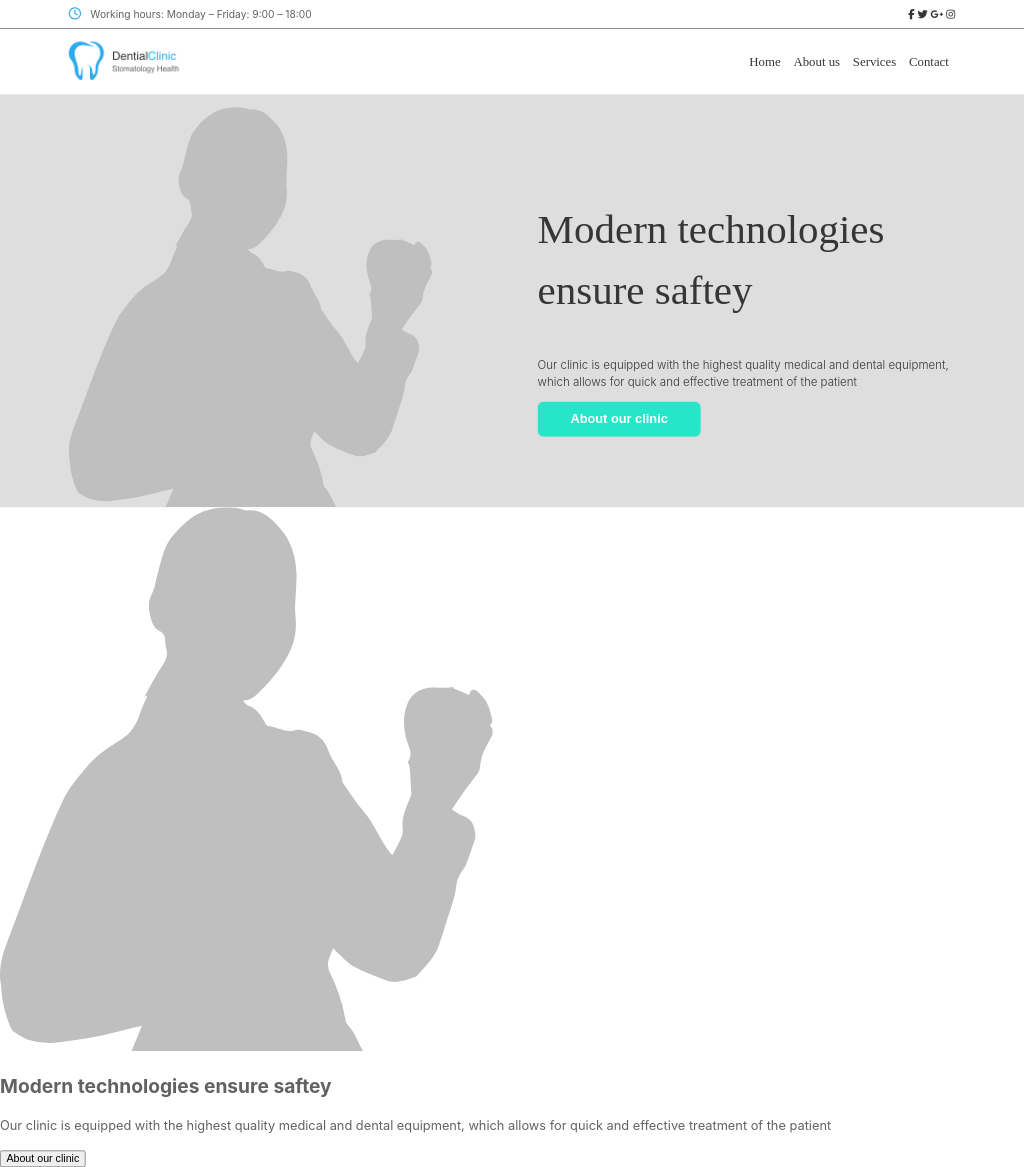
Repository: skepp4rn/uppgift1
Page: index.html
The author's editor kept a copy of each file at every save. The page is drawn from the files as they stood at one save, then again after the next save.
The browser window is 1280 px wide. The pictures show the whole page, at 80% of full size.
Some web libraries are served in a nearby version.

Above is the page before, as saved 2020-11-20 16:55:59.

After the next save:
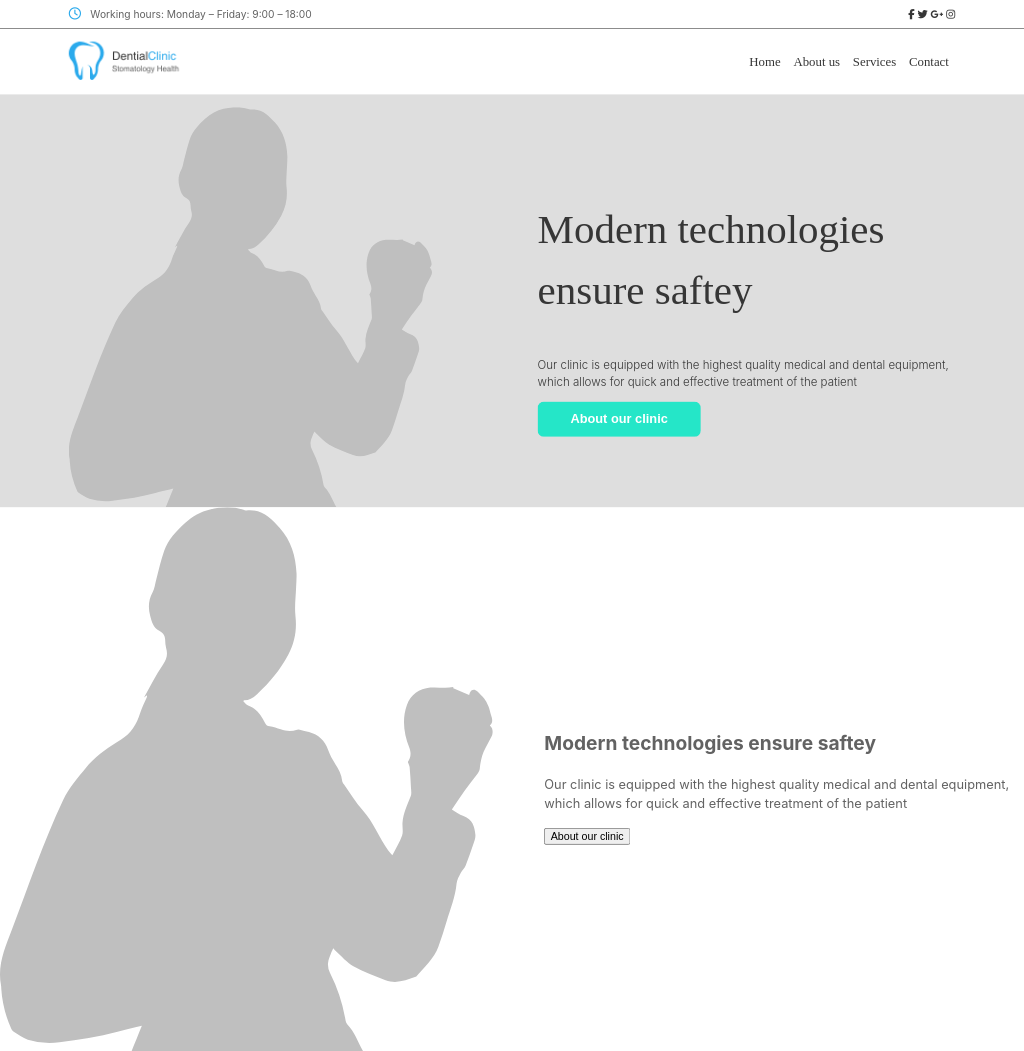
Saved 37 s later.
--- a/style.css
+++ b/style.css
@@ -184,6 +184,30 @@ a:hover {
 }
 
 
+#showcasedown .containerdown {
+    display: grid;
+    grid-template-columns: 1fr 1fr;
+    column-gap: 4rem;
+
+    align-items: center;
+}
+
+
+
+
+
+
+
+
+
+
+
+
+
+
+
+
+
 @media (min-width: 768px) {
     .nav-link {
         padding-right: 0.5rem;
